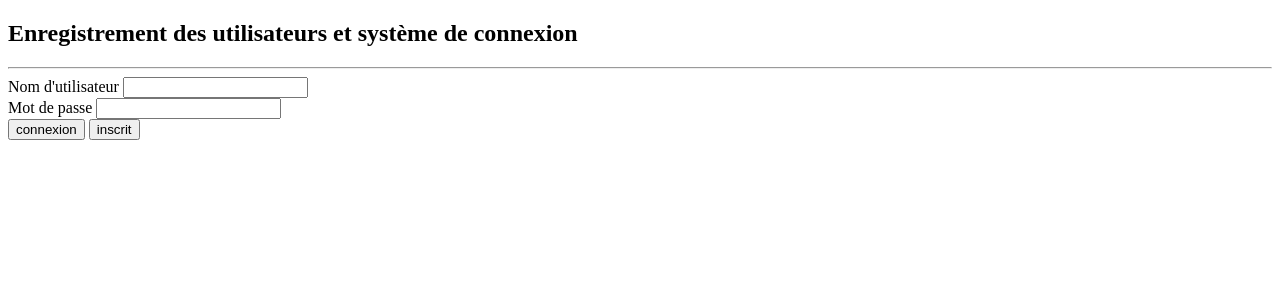
Repository: clairedupuich/serv_drone
Page: http://localhost/test copy.php
An editor plug-in stored every save of this project. The page is shown before and after the next save, followed by the edit.
The browser window is 1280 px wide. The pictures show the whole page.
The page is run by PHP 8.4 with error messages shown; the project is at /var/www/html/.

Above is the page before, as saved 2021-06-01 21:04:12.

After the next save:
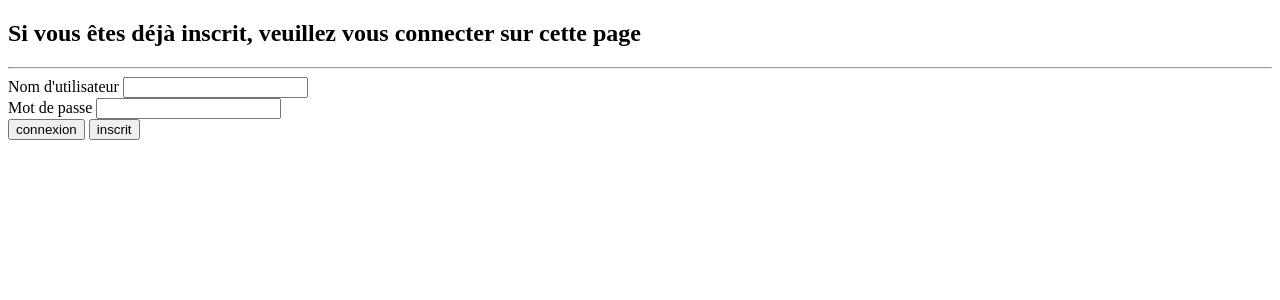
Saved 15 min 1 s later.
--- a/test copy.php
+++ b/test copy.php
@@ -53,7 +53,7 @@
 
 
     ?>
-     <h2>Enregistrement des utilisateurs et système de connexion</h2>
+     <h2>Si vous êtes déjà inscrit, veuillez vous connecter sur cette page</h2>
 <hr>
         <form action="#" method="POST">
 
